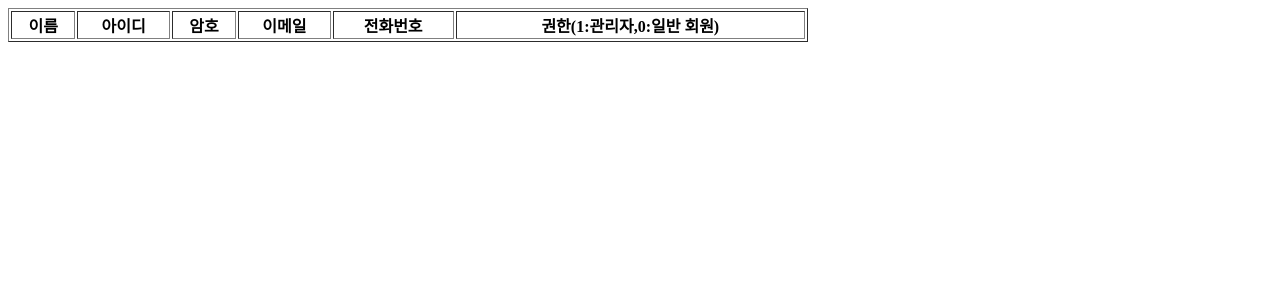
Repository: totesbk/JSP-
Page: http://localhost/web08/ex04_select.jsp
These files come from the project's save history. The page is drawn as it stood at one moment and after the next save; the edit follows.
The browser window is 1280 px wide. The pictures show the whole page.
The page is served by Tomcat 9. Queries for data that is not in the repository find no rows.

Above is the page before, as saved 2020-10-13 02:09:23.

After the next save:
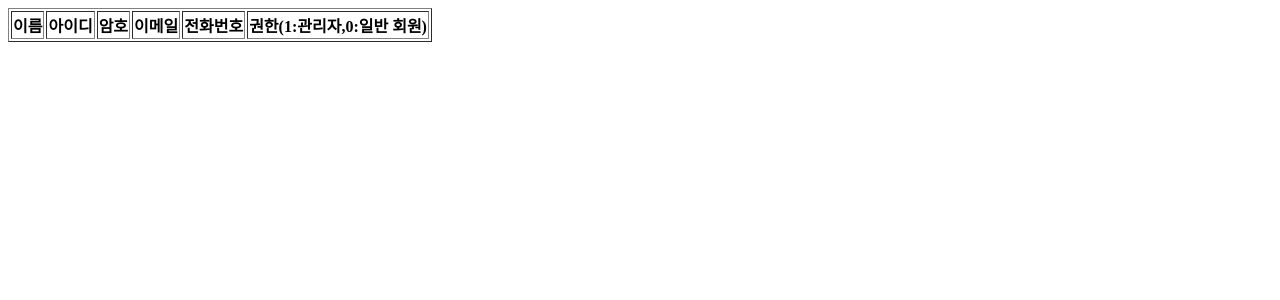
Saved 38 s later.
--- a/web08/WebContent/ex04_select.jsp
+++ b/web08/WebContent/ex04_select.jsp
@@ -23,7 +23,7 @@ String sql = "SELECT * FROM member";
 <title>Insert title here</title>
 </head>
 <body>
-<table border="1" width="800">
+<table border="1">
 	<tr>
 		<th>이름</th>
 		<th>아이디</th>
